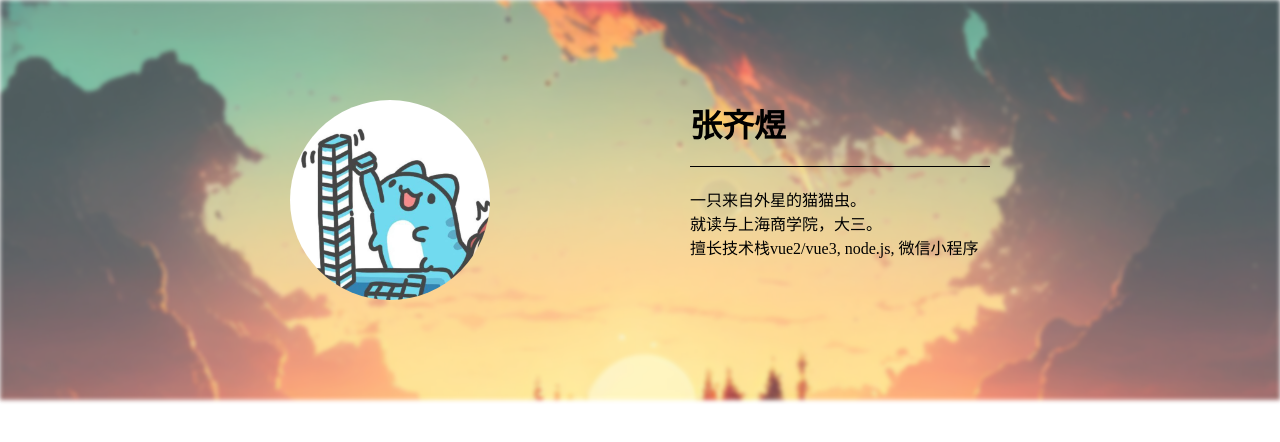
Repository: TheBiggestFatCat/myblog-frontend
Page: /
An editor plug-in stored every save of this project. The page is shown before and after the next save, followed by the edit.
The browser window is 1280 px wide. The pictures show the whole page.
The project was rebuilt for these pictures with package versions that can differ from the ones it lists, and the page was loaded fresh each time. Also part of the build but not shown: vite.config.ts.

Above is the page before, as saved 2023-02-26 09:28:37.

After the next save:
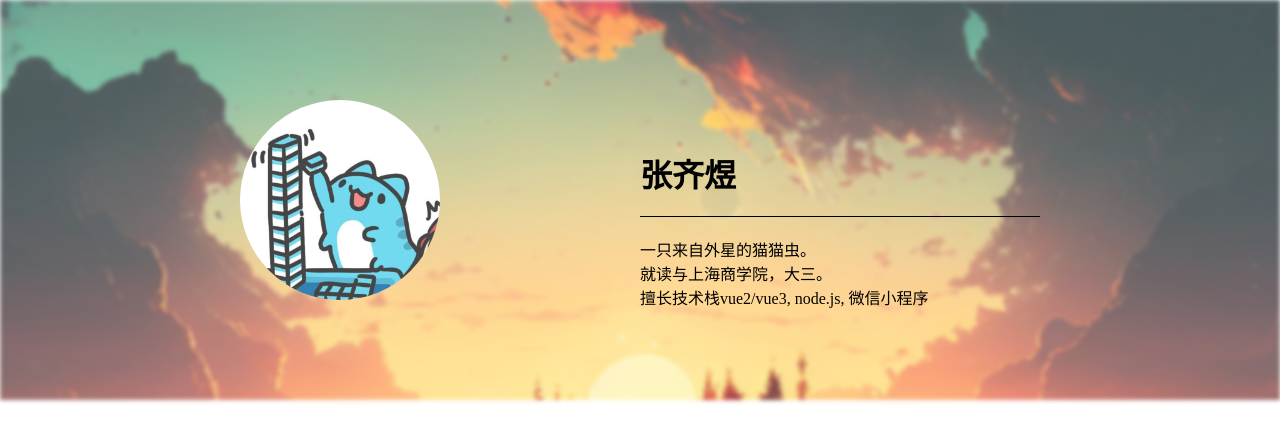
Saved 4 s later.
--- a/src/components/Home/Home.vue
+++ b/src/components/Home/Home.vue
@@ -45,8 +45,8 @@ const introduction = [
     }
   }
   .avatar-right {
-    width: 300px;
-    height: 200px;
+    width: 400px;
+    height: 100px;
     color: #000;
     h2 {
       font-size: 32px;
